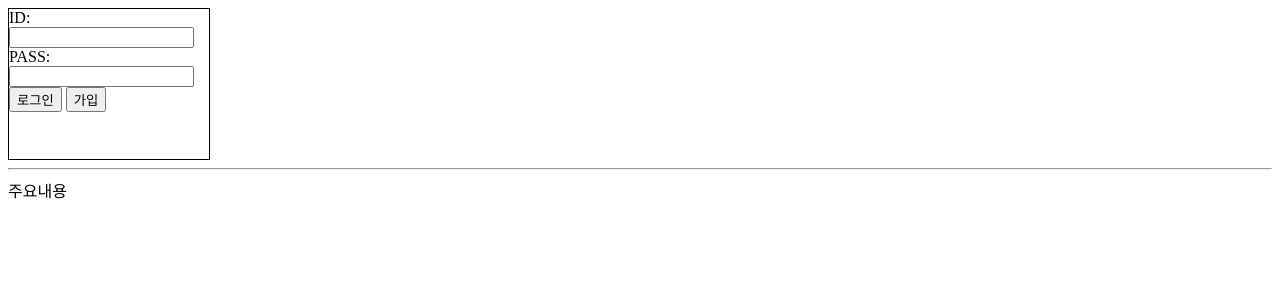
Repository: cartoon1110/KosaSwCourse
Page: workspace-web/HtmlProgramming/WebContent/ajax/ajax05.html
The author's editor kept a copy of each file at every save. The page is drawn from the files as they stood at one save, then again after the next save.
The browser window is 1280 px wide. The pictures show the whole page.

Above is the page before, as saved 2015-08-31 00:41:09.

After the next save:
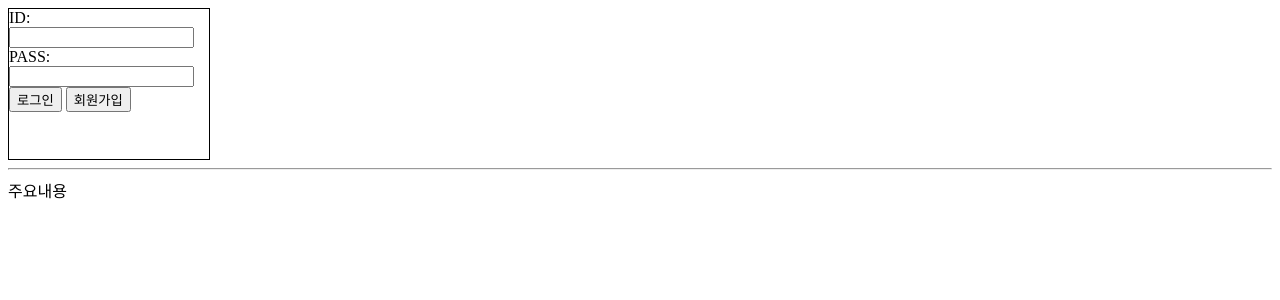
Saved 2 min 31 s later.
--- a/workspace-web/HtmlProgramming/WebContent/ajax/ajax05.html
+++ b/workspace-web/HtmlProgramming/WebContent/ajax/ajax05.html
@@ -47,11 +47,17 @@
 					ID: <input id=mid type="text" name="mid"/><br/>
 					PASS: <input id=mpass type="password" name="mpass"/><br/>
 					<input id="login" type="button" value="로그인"/>
-					<input  id="join" type="button" value="가입"/>
+					<input  id="join" type="button" value="회원가입"/>
 				</div>
 				<div id="out" >
-					<span id="loginMid">ddd</span>님, 로그인 함
-					<input  id="logout" type="button" value="로그아웃">
+					<table style="width:100%; height: 100%">
+						<tr>
+							<td style="text-align: center; vertical-align:middle;">
+								<span id="loginMid">ddd</span>님, 로그인 함 <br/>
+								<input id="logout" type="button" value="로그아웃">
+							</td>
+						</tr>
+					</table>
 				</div>
 		</div>
 		<hr/>
